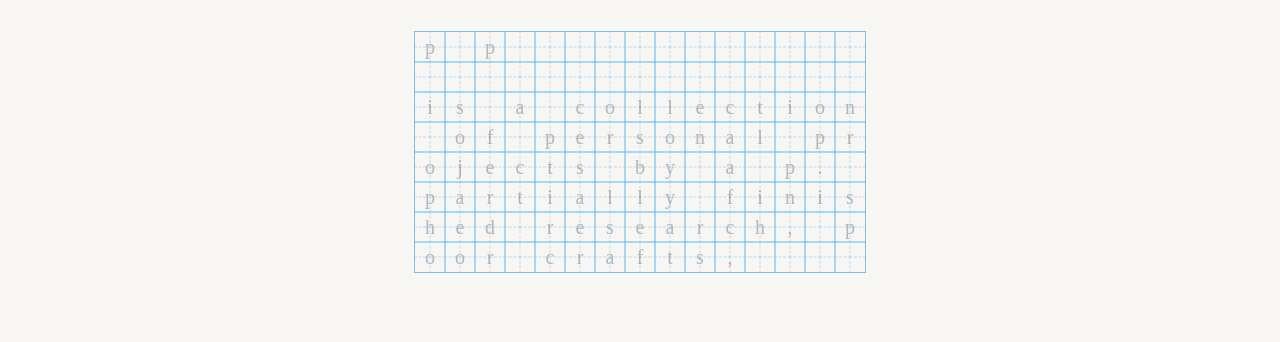
Repository: pyrcl090/p-p
Page: index.html
The author's editor kept a copy of each file at every save. The page is drawn from the files as they stood at one save, then again after a run of saves.
The browser window is 1280 px wide. The pictures show the whole page.
The page's requests for data from a server got no answer. Some web fonts or font styles are not loaded; a fallback is used.

Above is the page before, as saved 2025-04-19 23:39:05.

After the next 3 saves:
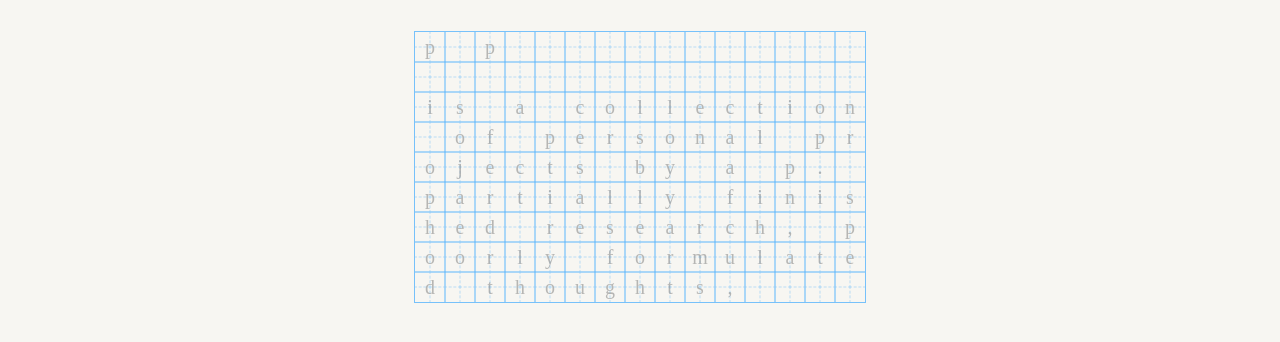
The 3 saves are shown as one change because they came seconds apart.
The last was saved 18 s later.
--- a/script.js
+++ b/script.js
@@ -7,7 +7,7 @@ const channels = [
 const menuItems = [
   {
     title: 'p p',
-    content: '                          is a collection of personal projects by a p. partially finished research, poor crafts, '
+    content: '                          is a collection of personal projects by a p. partially finished research, poorly formulated thoughts, '
   }
 ];
 
